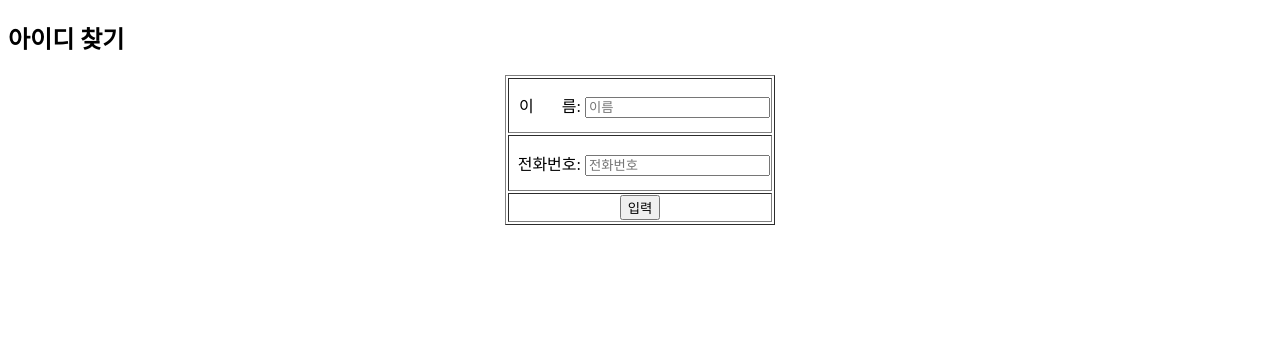
Repository: leeseokh/jquery
Page: workspace/MemberPj/WebContent/html/아디, 비번 찾기/id찾기.html
These files come from the project's save history. The page is drawn as it stood at one moment and after the next save; the edit follows.
The browser window is 1280 px wide. The pictures show the whole page.

Above is the page before, as saved 2021-06-18 00:13:23.

After the next save:
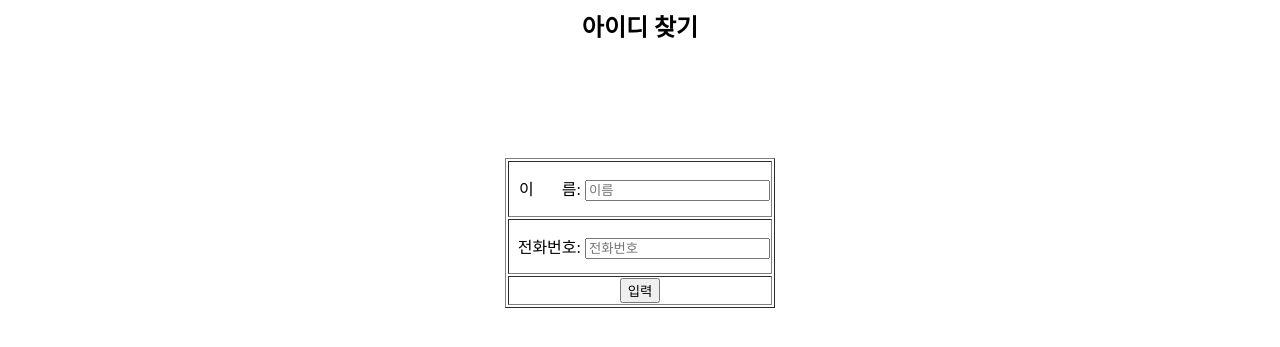
Saved 7 s later.
--- a/workspace/MemberPj/WebContent/html/아디, 비번 찾기/id찾기.html
+++ b/workspace/MemberPj/WebContent/html/아디, 비번 찾기/id찾기.html
@@ -8,7 +8,7 @@
 			text-align:right;
 
 		}
-		table{
+		table, h2{
 			width:270px;
 			height:150px;
 			margin:auto;
